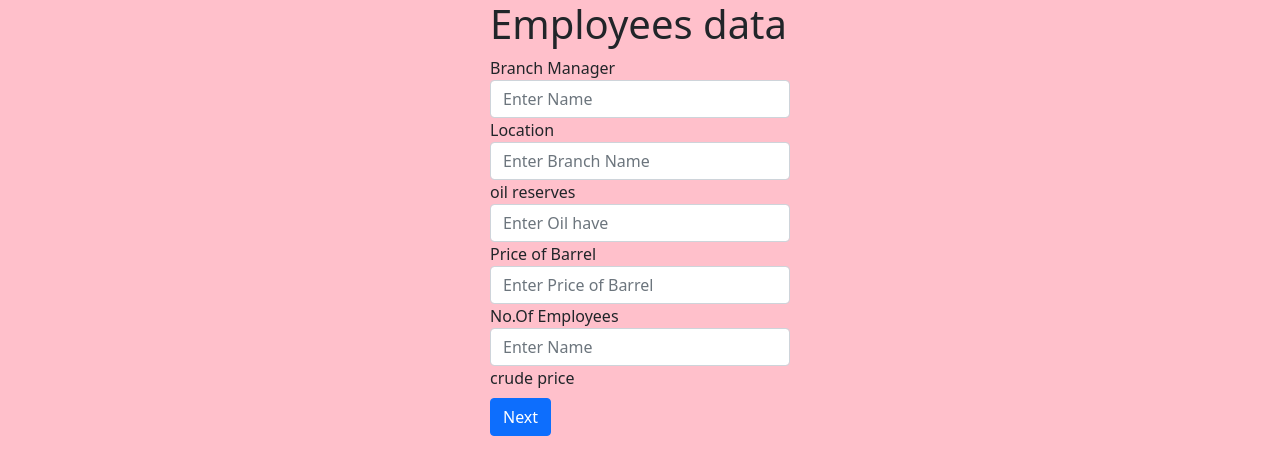
Repository: veerrajuMareddi/demo
Page: http://localhost/OilCorporation/views/save.jsp
These files come from the project's save history. The page is drawn as it stood at one moment and after the next save; the edit follows.
The browser window is 1280 px wide. The pictures show the whole page.
The page is served by Tomcat 9. Other server files are loaded and not shown.

Above is the page before, as saved 2022-05-01 04:47:26.

### OilCorporation/src/main/webapp/views/save.jsp

<%@ page language="java" contentType="text/html; charset=ISO-8859-1"
	pageEncoding="ISO-8859-1"%>
<%@ taglib uri="http://www.springframework.org/tags/form" prefix="form"%>
<%@taglib prefix="c" uri="http://java.sun.com/jsp/jstl/core"%>

<!DOCTYPE html>
<html>
<head>
<link
	href="https://cdn.jsdelivr.net/npm/bootstrap@5.1.3/dist/css/bootstrap.min.css"
	rel="stylesheet"
	integrity="sha384-1BmE4kWBq78iYhFldvKuhfTAU6auU8tT94WrHftjDbrCEXSU1oBoqyl2QvZ6jIW3"
	crossorigin="anonymous">
<script
	src="https://cdn.jsdelivr.net/npm/bootstrap@5.1.3/dist/js/bootstrap.bundle.min.js"
	integrity="sha384-ka7Sk0Gln4gmtz2MlQnikT1wXgYsOg+OMhuP+IlRH9sENBO0LRn5q+8nbTov4+1p"
	crossorigin="anonymous"></script>
<meta charset="ISO-8859-1">
<title>oilLmtd</title>
</head>

	<body style="background-color: pink;">
<style>
	form {
		width: 300px;
		margin: 0 auto;
	}
</style>
   <form action ="${pageContext.request.contextPath}/src/saveModel" method="post">
   <h1>Employees data</h1>
   <div class="form-group">
    <label for="branchManager">Branch Manager</label>
    <input type="text" class="form-control" name ="branchManager" id="branchManager" aria-describedby="emailHelp" placeholder="Enter Name">
   </div>
   <div class="form-group">
    <label for="branchManager">Location</label>
    <input type="text" class="form-control" name ="location" id="branchManager" aria-describedby="emailHelp" placeholder="Enter Branch Name">
   </div>
   <div class="form-group">
    <label for="branchManager">oil reserves</label>
    <input type="text" class="form-control" name ="oilReserves" id="branchManager" aria-describedby="emailHelp" placeholder="Enter Oil have">
   </div>
    <div class="form-group">
    <label for="branchManager">Price of Barrel</label>
    <input type="number" class="form-control" name ="barrelPrice" id="branchManager" aria-describedby="emailHelp" placeholder="Enter Price of Barrel">
   </div>
   <div class="form-group">
    <label for="branchManager">No.Of Employees</label>
    <input type="number" class="form-control" name ="emp.salary" id="branchManager" aria-describedby="emailHelp" placeholder="Enter Name">
   </div>
  <!-- <div class="form-group">
    <label for="exampleInputPassword1">Salary</label>
    <input type="number" class="form-control" name="emp.salary" id="oilReserves" placeholder="Enter Barrel Price">
  </div> -->

    <div class="form-group">
    <label for="exampleInputPassword1"> crude price</label>
    <input type="hidden" class="form-control" name="prices.crudePrice" id="oilReserves" placeholder="Enter Barrel Price">
  </div>
 <!--  <div class="form-group">
    <label for="exampleInputPassword1"> petrol price</label>
    <input type="number" class="form-control" name="prices.petrolPrice" id="oilReserves" placeholder="Enter Barrel Price">
  </div>
  <div class="form-group">
    <label for="exampleInputPassword1">diesel price</label>
    <input type="number" class="form-control" name="prices.dieselPrice" id="oilReserves" placeholder="Enter Barrel Price">
  </div>
  <div class="form-group">
    <label for="exampleInputPassword1">Gas price</label>
    <input type="number" class="form-control" name="prices.gasPrice" id="oilReserves" placeholder="Enter Barrel Price">
  </div>
 -->  <!-- <div class="form-group">
    <label for="exampleInputPassword1">Salary</label>
    <input type="number" class="form-control" name="emp.salary" id="oilReserves" placeholder="Enter Barrel Price">
  </div> -->
  <div class="form-group mt-2">
  <button type="submit" class="btn btn-primary">Next</button>
  </div>
</form>
</body>
</html>

After the next save:
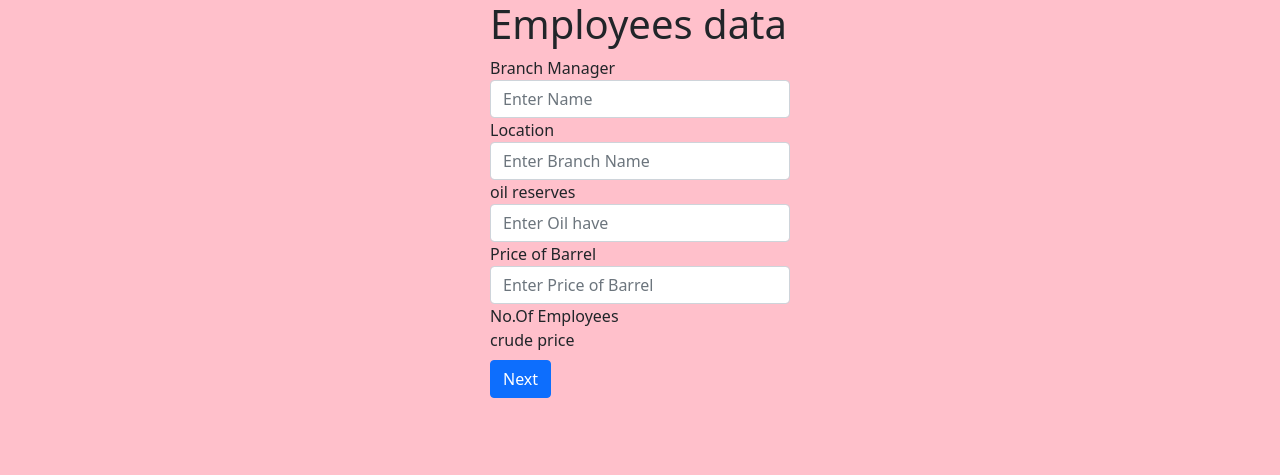
Saved 47 s later.
--- a/OilCorporation/src/main/webapp/views/save.jsp
+++ b/OilCorporation/src/main/webapp/views/save.jsp
@@ -47,7 +47,7 @@
    </div>
    <div class="form-group">
     <label for="branchManager">No.Of Employees</label>
-    <input type="number" class="form-control" name ="emp.salary" id="branchManager" aria-describedby="emailHelp" placeholder="Enter Name">
+    <input type="hidden" class="form-control" name ="emp.salary" id="branchManager" aria-describedby="emailHelp" placeholder="Enter Name">
    </div>
   <!-- <div class="form-group">
     <label for="exampleInputPassword1">Salary</label>
